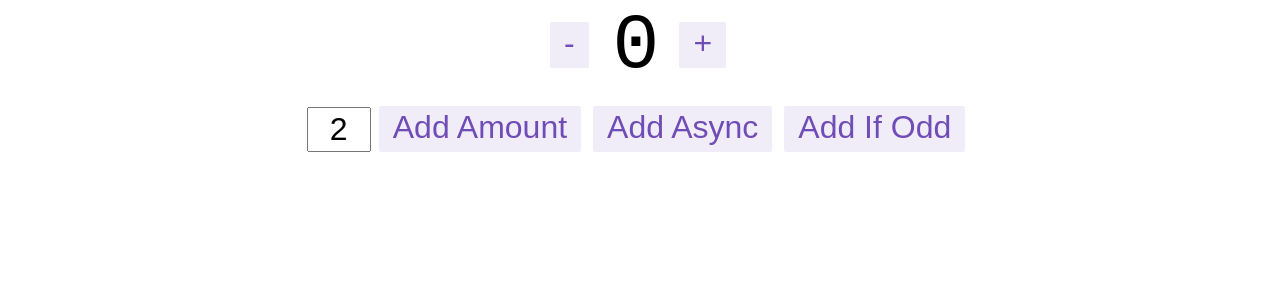
Repository: brunogyn88/codeflix-frontend
Page: /
These files come from the project's save history. The page is drawn as it stood at one moment and after the next save; the edit follows.
The browser window is 1280 px wide. The pictures show the whole page.
The project was rebuilt for these pictures with package versions that can differ from the ones it lists, and the page was loaded fresh each time. The framework's server and built-in components were replaced by stand-ins that run in the browser. Also part of the build but not shown: next.config.mjs.

Above is the page before, as saved 2023-08-30 11:19:18.

### app/layout.tsx
/* Components */
import { Providers } from "@/lib/providers";
import { Nav } from "./components/Nav";

/* Instruments */
import styles from "./styles/layout.module.css";
import "./styles/globals.css";

export default function RootLayout(props: React.PropsWithChildren) {
  return (
    <Providers>
      <html lang="en">
        <body>{props.children}</body>
      </html>
    </Providers>
  );
}

### app/components/Counter/Counter.tsx
'use client'

/* Core */
import { useState } from 'react'

/* Instruments */
import {
  counterSlice,
  useSelector,
  useDispatch,
  selectCount,
  incrementAsync,
  incrementIfOddAsync,
} from '@/lib/redux'
import styles from './counter.module.css'

export const Counter = () => {
  const dispatch = useDispatch()
  const count = useSelector(selectCount)
  const [incrementAmount, setIncrementAmount] = useState(2)

  return (
    <div>
      <div className={styles.row}>
        <button
          className={styles.button}
          aria-label="Decrement value"
          onClick={() => dispatch(counterSlice.actions.decrement())}
        >
          -
        </button>
        <span className={styles.value}>{count}</span>
        <button
          className={styles.button}
          aria-label="Increment value"
          onClick={() => dispatch(counterSlice.actions.increment())}
        >
          +
        </button>
      </div>
      <div className={styles.row}>
        <input
          className={styles.textbox}
          aria-label="Set increment amount"
          value={incrementAmount}
          onChange={(e) => setIncrementAmount(Number(e.target.value ?? 0))}
        />
        <button
          className={styles.button}
          onClick={() =>
            dispatch(counterSlice.actions.incrementByAmount(incrementAmount))
          }
        >
          Add Amount
        </button>
        <button
          className={styles.asyncButton}
          onClick={() => dispatch(incrementAsync(incrementAmount))}
        >
          Add Async
        </button>
        <button
          className={styles.button}
          onClick={() => dispatch(incrementIfOddAsync(incrementAmount))}
        >
          Add If Odd
        </button>
      </div>
    </div>
  )
}

### app/components/Counter/counter.module.css
.row {
  display: flex;
  align-items: center;
  justify-content: center;
}

.row > button {
  margin-left: 4px;
  margin-right: 8px;
}

.row:not(:last-child) {
  margin-bottom: 16px;
}

.value {
  font-size: 78px;
  padding-left: 16px;
  padding-right: 16px;
  margin-top: 2px;
  font-family: 'Courier New', Courier, monospace;
}

.button {
  appearance: none;
  background: none;
  font-size: 32px;
  padding-left: 12px;
  padding-right: 12px;
  outline: none;
  border: 2px solid transparent;
  color: rgb(112, 76, 182);
  padding-bottom: 4px;
  cursor: pointer;
  background-color: rgba(112, 76, 182, 0.1);
  border-radius: 2px;
  transition: all 0.15s;
}

.textbox {
  font-size: 32px;
  padding: 2px;
  width: 64px;
  text-align: center;
  margin-right: 4px;
}

.button:hover,
.button:focus {
  border: 2px solid rgba(112, 76, 182, 0.4);
}

.button:active {
  background-color: rgba(112, 76, 182, 0.2);
}

.asyncButton {
  composes: button;
  position: relative;
}

.asyncButton:after {
  content: '';
  background-color: rgba(112, 76, 182, 0.15);
  display: block;
  position: absolute;
  width: 100%;
  height: 100%;
  left: 0;
  top: 0;
  opacity: 0;
  transition: width 1s linear, opacity 0.5s ease 1s;
}

.asyncButton:active:after {
  width: 0%;
  opacity: 1;
  transition: 0s;
}

### app/components/Header.tsx
import {
  AppBar,
  Box,
  Button,
  IconButton,
  Toolbar,
  Typography,
} from "@mui/material";
import MenuIcon from "@mui/icons-material/Menu";
import React from "react";

export default function Header() {
  return (
    <Box sx={{ flexGrow: 1 }}>
      <AppBar position="static">
        <Toolbar>
          <IconButton
            size="large"
            edge="start"
            color="inherit"
            aria-label="menu"
            sx={{ mr: 2 }}
          >
            <MenuIcon />
          </IconButton>
          <Typography variant="h6" component="div" sx={{ flexGrow: 1 }}>
            News
          </Typography>
          <Button color="inherit">Login</Button>
        </Toolbar>
      </AppBar>
    </Box>
  );
}

Loaded but not shown: app/page.tsx (common file); lib/providers.tsx (common file); app/styles/globals.css (common file); lib/redux/index.ts (common file); lib/redux/store.ts (common file); lib/redux/slices/index.ts (common file); lib/redux/rootReducer.ts (common file); lib/redux/middleware.ts (common file); lib/redux/slices/counterSlice/index.ts (common file); lib/redux/slices/counterSlice/counterSlice.ts (common file); lib/redux/slices/counterSlice/thunks.ts (common file); lib/redux/slices/counterSlice/selectors.ts (common file); lib/redux/createAppAsyncThunk.ts (common file); lib/redux/slices/counterSlice/fetchIdentityCount.ts (common file)

After the next save:
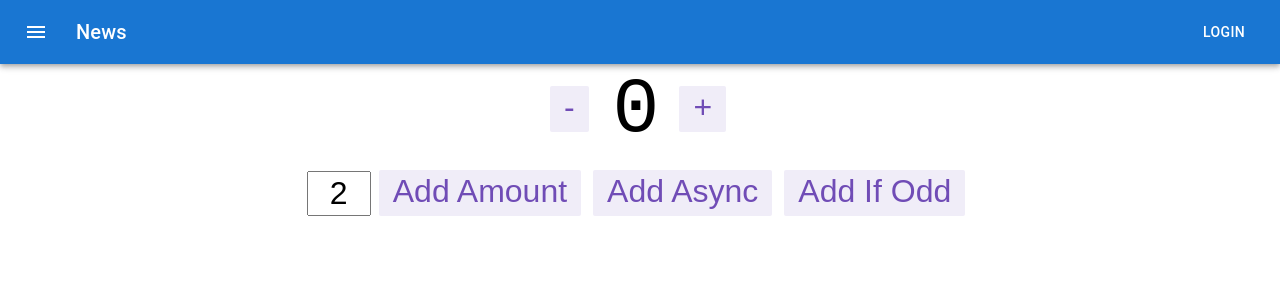
Saved 4 min 37 s later.
--- a/app/layout.tsx
+++ b/app/layout.tsx
@@ -5,12 +5,16 @@ import { Nav } from "./components/Nav";
 /* Instruments */
 import styles from "./styles/layout.module.css";
 import "./styles/globals.css";
+import Header from "./components/Header";
 
 export default function RootLayout(props: React.PropsWithChildren) {
   return (
     <Providers>
       <html lang="en">
-        <body>{props.children}</body>
+        <body>
+          <Header />
+          {props.children}
+        </body>
       </html>
     </Providers>
   );
